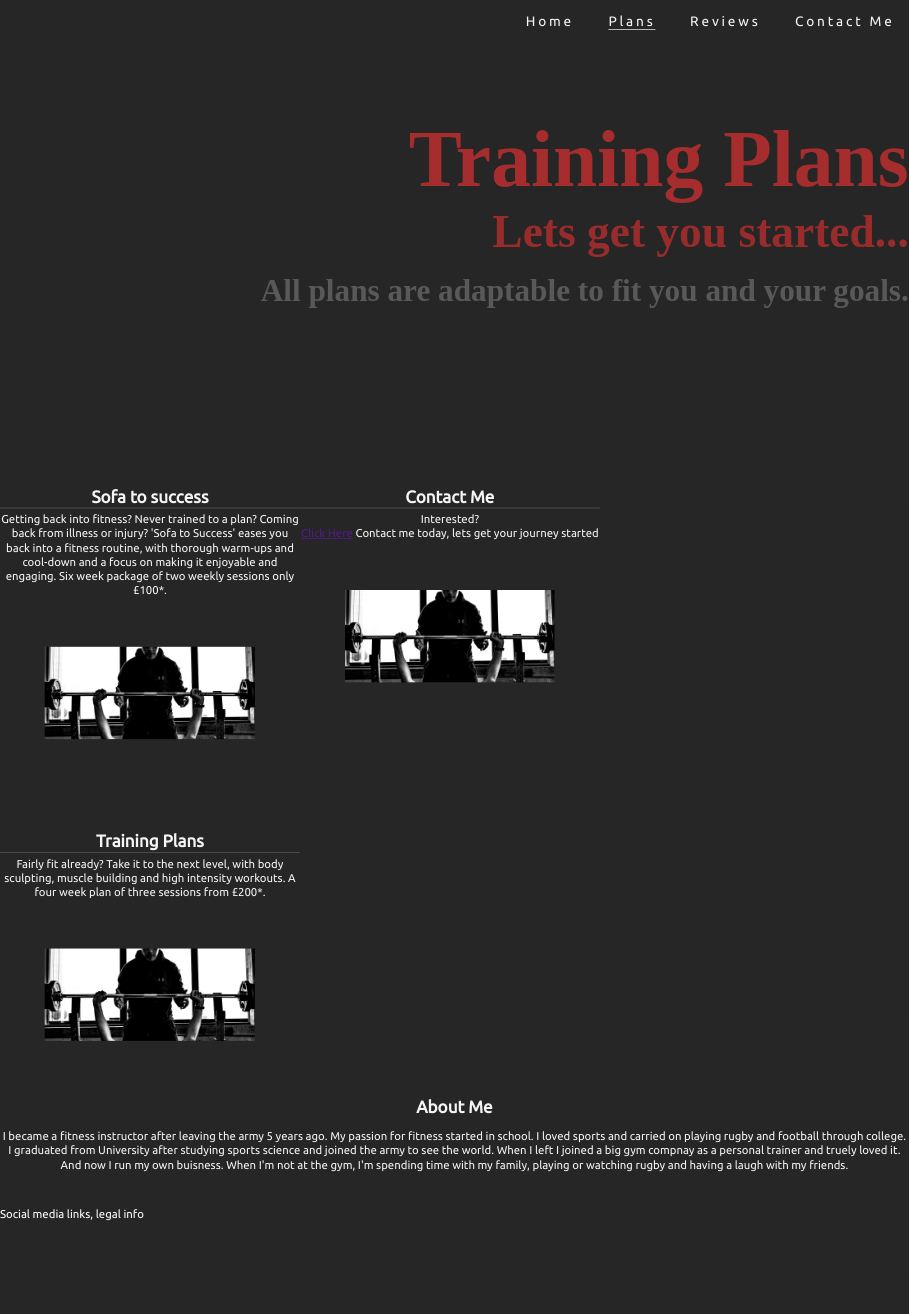
Repository: ClaireRoberts1403/Joe-Bloggs-Personal-Trainer
Page: html/plans.html
The author's editor kept a record of every edit. The page is drawn from the files as they stood at one moment, then again after the next edit.
The browser window is 1280 px wide. The pictures show the whole page, at 71% of full size.
Some web fonts or font styles are not loaded; a fallback is used.

Above is the page before.

After the next edit:
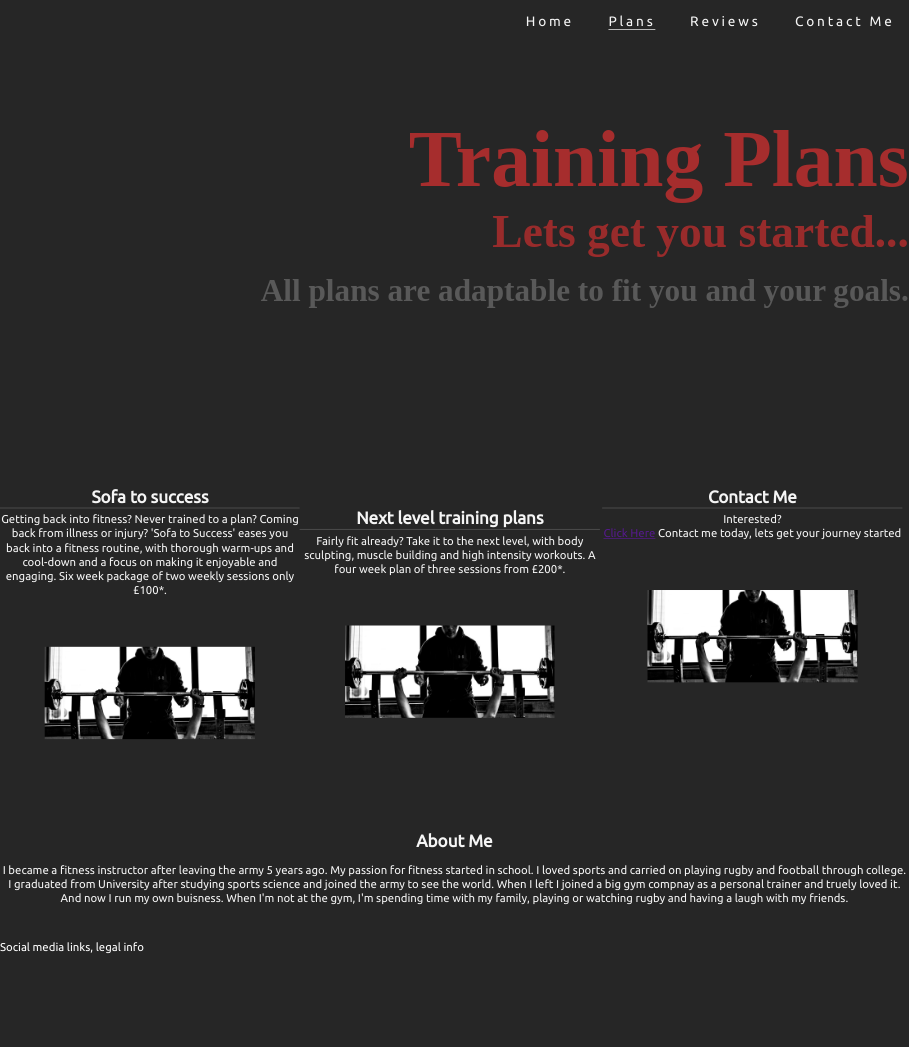
The edit:
--- a/html/plans.html
+++ b/html/plans.html
@@ -61,8 +61,8 @@
 
 				</li>
 		</div>
-		<div class="plan-1">
-			<h2>Training Plans<i class="#"></i></h2>
+		<div class="plan-2">
+			<h2>Next level training plans<i class="#"></i></h2>
 			<hr>
 			<p>Fairly fit already? Take it to the next level, with body sculpting, muscle building and high intensity workouts. A four week plan of three sessions from £200*.</p>
 			<br>
